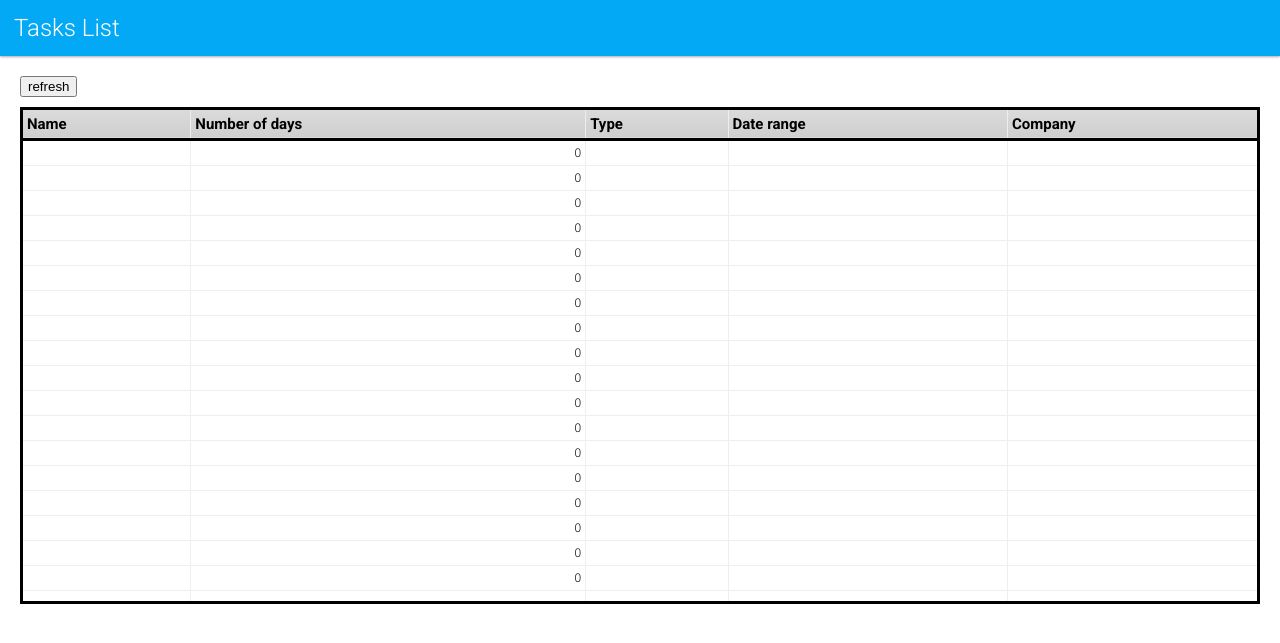
Repository: Megan74/Test-Vanilla-JS
Page: index.html
These files come from the project's save history. The page is drawn as it stood at one moment and after the next save; the edit follows.
The browser window is 1280 px wide. The pictures show the whole page.

Above is the page before, as saved 2022-06-26 21:11:43.

### index.html
<!DOCTYPE html>
<html>
<head>
    <meta charset="utf-8">
    <link href='http://fonts.googleapis.com/css?family=Roboto:400,300,700' rel='stylesheet' type='text/css'>
    <link href="css/styles.css" rel="stylesheet" type="text/css">
</head>
<body>
<header>
    <h1>Tasks List</h1>
</header>
<div class="content">
    <input type="button" value="refresh" id="refreshBtn">

    <div id="dataTable" class="Result">
    </div>
</div>
<script type="module" src="js/_components/tasks-table.component.js"></script>
<script type="module" src="js/service/data.service.js"></script>
<script type="module" src="js/main.js"></script>
</body>
</html>

### css/styles.css
body {
    font-family: 'Roboto', 'Sans Serif';
    font-size: 16px;
    padding: 0;
    margin: 0;
}

header {
    background-color: #03A9F4;
    padding: 14px;
    box-shadow: 0 1px 3px rgba(0,0,0,0.12), 0 1px 2px rgba(0,0,0,0.24);
}

h1, h2, h3 {
    font-weight: 300;
}

header > h1 {
    font-weight: 300;
    font-size: 24px;
    margin: 0;
    color: #FFFFFF;
}

h2 {
    font-size: 22px;
    margin: 20px 0 0 0;
}

h2 > .currency {
    color: #0288D1;
}

h3 {
    margin: 10px 0 28px 0;
}

h3 > span {
    color: #0288D1;
}

.principal {
    color: #0288D1;
}

.interest {
    color: #EF6C00;
}

input[type=text] {
    -webkit-appearance: none;
    width: 150px;
    height: 24px;
    padding: 3px 8px;
    font-size: 14px;
    line-height: 1.42857143;
    color: #555;
    border: 1px solid #ccc;
    border-radius: 2px;
    -webkit-box-shadow: none;
    box-shadow: none;
}

table {
    border-collapse: collapse;
    font-weight: 300;
    font-size: 12px;
}

th {
    text-align: right;
    font-weight: 400;
}

td {
    text-align: right;
    padding: 0 .5rem;
}

th,
td {
    border: solid 1px #EEEEEE !important;
    padding: 1px 4px;
}

label {
    display: inline-block;
    width: 80px;
    text-align: right;
    margin-right: 4px;
}

.content {
    padding: 20px;
}

.bar {
    display: inline-block;
    border: none;
    height: 8px;
}

.bar.principal {
    background-color: #0288D1;
    margin-right:1px;
}

.bar.interest {
    background-color: #EF6C00;
    margin-left:1px;
}

.stretch {
    width: 100%;
    padding-left:0;
    padding-right:0;
}

.flex {
    display: -webkit-flex;
    display: flex;
}

.currency::before {
    content:"$";
}

.left {
    text-align: left;
}

.form > div {
    margin: 6px 0;
}

button {
    text-transform: none;
    -webkit-appearance: none;
    cursor: pointer;
    padding: 12px 18px;
    border-radius: 2px;
    background: #FCFCFC;
    font-size: 16px;
    border: solid 1px #ddd;
    color: #444;
}

button:hover {
    background: #F4F4F4;
    border: solid 1px #ccc;
}

button:active {
    background: #FEFEFE;
    border: solid 1px #ddd;
}

button:focus {
    outline:0;
}

.Result {
    padding: 10px 0;
}
table.Tasks {
    border: 3px solid #000000;
    width: 100%;
    text-align: left;
    border-collapse: collapse;
}
table.Tasks td, table.Tasks th {
    border: 1px solid #000000;
    padding: 5px 4px;
}
table.Tasks tbody td {
    font-size: 13px;
}
table.Tasks thead {
    background: #CFCFCF;
    background: -moz-linear-gradient(top, #dbdbdb 0%, #d3d3d3 66%, #CFCFCF 100%);
    background: -webkit-linear-gradient(top, #dbdbdb 0%, #d3d3d3 66%, #CFCFCF 100%);
    background: linear-gradient(to bottom, #dbdbdb 0%, #d3d3d3 66%, #CFCFCF 100%);
    border-bottom: 3px solid #000000;
}
table.Tasks thead th {
    font-size: 15px;
    font-weight: bold;
    color: #000000;
    text-align: left;
}
table.Tasks tfoot {
    font-size: 14px;
    font-weight: bold;
    color: #000000;
    border-top: 3px solid #000000;
}
table.Tasks tfoot td {
    font-size: 14px;
}

table.Tasks > tr:hover td {
    cursor: pointer;
    background-color: #bfbfbf;
}

### js/_components/tasks-table.component.js
window.TasksTableComponent = (function (window) {
    'use strict'

    return function (tasks) {
        var self = this;

        self.tasks = toString(tasks);
        self.columns = [
            {
                label: 'Name',
                property: 'TxtCivilName',
                aggregateFn: (item) => {
                    return 1;
                },
                aggregateLabel: 'Number of tasks : ',
            },
            {
                label: 'Number of days',
                property: 'NumDaysRequested',
                defaultValue: '0',
                aggregateFn: (item) => {
                    return item['NumDaysRequested'];
                },
                aggregateLabel: 'Total (in days) : ',
            },
            {
                label: 'Type',
                property: 'TxtType'
            },
            {
                label: 'Date range',
                property: 'TxtDateRange',
            },
            {
                label: 'Company',
                property: 'TxtCompanyName',
            }
        ];

        return {
            render,
            setTasks,
        }

        /**
         * render data
         * @param element
         */
        function render(element) {
            console.log(getTableElement());
            element.innerHTML = '';
            element.append(getTableElement());
        }

        /**
         * Return the html
         * @returns {HTMLTableElement}
         */
        function getTableElement() {
            var tableEl = document.createElement('table');
            tableEl.setAttribute('class', 'Tasks');
            for (var i = 0; i < self.tasks.length; i++) {
                var task = self.tasks[i];
                if (i === 0) {
                    tableEl.append(getHeaderElement(task));
                }
                var line = getLineElement(task);
                tableEl.append(line);
                line.addEventListener('click', function(){
                   alert(task.TxtCivilName);
                });
            }
            tableEl.append(getFooterElement(self.aggregatedValues));
            return tableEl;
        }


        /**
         * Return the content of a line in HTML string
         *
         * @returns {HTMLTableSectionElement}
         */
        function getHeaderElement() {
            var columns = [];
            for (var i = 0; i < self.columns.length; i++) {
                var col = self.columns[i];
                columns.push(`<th>${col.label}</th>`);
            }

            var head = document.createElement('thead');
            head.innerHTML = `<tr>${columns.join('')}</tr>`
            return head;
        }

        /**
         * Return the content of a line in HTML string
         *
         * @param task
         * @returns {HTMLTableSectionElement}
         */
        function getLineElement(task) {
            var columns = [];

            for (var i = 0; i < self.columns.length; i++) {
                var col = self.columns[i];
                columns.push(`<td>${task[col.property] || col.defaultValue || ''}</td>`);
            }

            var tr = document.createElement('tr');
            tr.innerHTML = columns.join('');
            return tr;
        }

        /**
         * Return the content of a footer line in HTML string
         *
         * @param aggregatedLine
         * @returns {HTMLTableSectionElement}
         */
        function getFooterElement(aggregatedLine) {
            var aggregatedLine = {};
            var columns = [];
            for (var i = 0; i < self.columns.length; i++) {
                var col = self.columns[i];
                if(aggregatedLine.hasOwnProperty(col.property)){
                    columns.push(`<td>${col.aggregateLabel} ${aggregatedLine[col.property]}</td>`);
                } else {
                    columns.push(`<td></td>`);
                }
            }
            var tfoot = document.createElement('tr');
            tfoot.innerHTML =`<tfoot><tr>${columns.join('')}</tr></tfoot>`;
            return tfoot;
        }

        function setTasks(tasks) {
            this.tasks = tasks;
            this.aggregatedValues = getAggregatedValues(tasks);
        }

        /**
         * Return aggregated values from given tasks data
         *
         * @param tasks
         * @returns {{}}
         */
        function getAggregatedValues(tasks) {
            var aggregatedValues = {};
            for(var i = 0; i < tasks.length; i++) {
                var task = tasks[i];
                for(var j = 0; j < self.columns.length; j++) {
                    var col = self.columns[j];
                    if(col.hasOwnProperty('aggregateFn')){
                        if(!aggregatedValues.hasOwnProperty(col.property)){
                            aggregatedValues[col.property] = 0;
                        }
                        aggregatedValues[col.property] += col.aggregateFn(task);
                    }
                }
            }
            return aggregatedValues;
        }
    };

})(window)

### js/main.js
(function (window, document) {

    init();
    var tasksTable;
    var companiesList = [];

    function init() {
        tasksTable = new TasksTableComponent();

        document.getElementById('refreshBtn').addEventListener('click', function () {
            updateTable();
        });

        updateCompanies()
        updateTable();
    }

    function updateTable() {
        var isLoading = true;
        document.getElementById('dataTable').innerHTML = 'Loading...';

        return dataService.getTranslations().then(onTranslationsReady);

        function onTranslationsReady(translations) {
            if(!translations){
                translations = {types : {}};
            }
            getTasks(translations.types).then((tasks) => {
                tasksTable.setTasks(tasks);
                isLoading = false;
                tasksTable.render(document.getElementById('dataTable'));
            });
        }
    }

    function updateCompanies() {
        return dataService.getCompanies().then(function (companies) {
            companiesList = companies;
        });
    }

    function getTasks(typeTranslations) {
        return dataService.getTasks().then((tasks) => {
            var tasks = tasks.map(task => {
                return getTaskItemFromXml(task, typeTranslations)
            });
            return tasks;
        });

        function getTaskItemFromXml(task, typeTranslations) {
            task = convertXmlToJson(task);
            var taskItem = {};
            for (var i in task.Item) {
                taskItem[i] = task.Item[i]['#text'];
            }
            taskItem.NumDaysRequested = parseInt(taskItem.NumDaysRequested);
            taskItem.TxtCompanyName = getCompanyFromId(taskItem.NumCompanyId).name;
            taskItem.TxtType = typeTranslations[taskItem.TxtType] || taskItem.TxtType;
            return taskItem;
        }
    }

    /**
     * Return a company from its id
     *
     *
     * @param companyId
     * @returns {*[]}
     */
    function getCompanyFromId(companyId) {
        companyId = parseInt(companyId);
        var filtered = companiesList.filter(company => company.id === companyId);
        if (filtered.length) {
            return filtered[0];
        } else {
            return {
                name: 'Company doesn\'t exist'
            };
        }
    }


    /**
     * Convert XML to JSON
     * @param xml
     * @returns {null|any}
     */
    function convertXmlToJson(xml) {
        const tab = '';
        if (!xml) {
            return null;
        }

        if (typeof xml === 'string') {
            const parser = new DOMParser();
            xml = parser.parseFromString(xml, 'text/xml');
        }

        var X = {
            toObj: function (xml) {
                var o = {};
                if (xml.nodeType == 1) {   // element node ..
                    if (xml.attributes.length)   // element with attributes  ..
                        for (var i = 0; i < xml.attributes.length; i++)
                            o["@" + xml.attributes[i].nodeName] = (xml.attributes[i].nodeValue || "").toString();
                    if (xml.firstChild) { // element has child nodes ..
                        var textChild = 0, cdataChild = 0, hasElementChild = false;
                        for (var n = xml.firstChild; n; n = n.nextSibling) {
                            if (n.nodeType == 1) hasElementChild = true;
                            else if (n.nodeType == 3 && n.nodeValue.match(/[^ \f\n\r\t\v]/)) textChild++; // non-whitespace text
                            else if (n.nodeType == 4) cdataChild++; // cdata section node
                        }
                        if (hasElementChild) {
                            if (textChild < 2 && cdataChild < 2) { // structured element with evtl. a single text or/and cdata node ..
                                X.removeWhite(xml);
                                for (var n = xml.firstChild; n; n = n.nextSibling) {
                                    if (n.nodeType == 3)  // text node
                                        o["#text"] = X.escape(n.nodeValue);
                                    else if (n.nodeType == 4)  // cdata node
                                        o["#cdata"] = X.escape(n.nodeValue);
                                    else if (o[n.nodeName]) {  // multiple occurence of element ..
                                        if (o[n.nodeName] instanceof Array)
                                            o[n.nodeName][o[n.nodeName].length] = X.toObj(n);
                                        else
                                            o[n.nodeName] = [o[n.nodeName], X.toObj(n)];
                                    } else  // first occurence of element..
                                        o[n.nodeName] = X.toObj(n);
                                }
                            } else { // mixed content
                                if (!xml.attributes.length)
                                    o = X.escape(X.innerXml(xml));
                                else
                                    o["#text"] = X.escape(X.innerXml(xml));
                            }
                        } else if (textChild) { // pure text
                            if (!xml.attributes.length)
                                o = X.escape(X.innerXml(xml));
                            else
                                o["#text"] = X.escape(X.innerXml(xml));
                        } else if (cdataChild) { // cdata
                            if (cdataChild > 1)
                                o = X.escape(X.innerXml(xml));
                            else
                                for (var n = xml.firstChild; n; n = n.nextSibling)
                                    o["#cdata"] = X.escape(n.nodeValue);
                        }
                    }
                    if (!xml.attributes.length && !xml.firstChild) o = null;
                } else if (xml.nodeType == 9) { // document.node
                    o = X.toObj(xml.documentElement);
                } else
                    alert("unhandled node type: " + xml.nodeType);
                return o;
            },
            toJson: function (o, name, ind) {
                var json = name ? ("\"" + name + "\"") : "";
                if (o instanceof Array) {
                    for (var i = 0, n = o.length; i < n; i++)
                        o[i] = X.toJson(o[i], "", ind + "\t");
                    json += (name ? ":[" : "[") + (o.length > 1 ? ("\n" + ind + "\t" + o.join(",\n" + ind + "\t") + "\n" + ind) : o.join("")) + "]";
                } else if (o == null)
                    json += (name && ":") + "null";
                else if (typeof (o) == "object") {
                    var arr = [];
                    for (var m in o)
                        arr[arr.length] = X.toJson(o[m], m, ind + "\t");
                    json += (name ? ":{" : "{") + (arr.length > 1 ? ("\n" + ind + "\t" + arr.join(",\n" + ind + "\t") + "\n" + ind) : arr.join("")) + "}";
                } else if (typeof (o) == "string")
                    json += (name && ":") + "\"" + o.toString() + "\"";
                else
                    json += (name && ":") + o.toString();
                return json;
            },
            innerXml: function (node) {
                var s = ""
                if ("innerHTML" in node)
                    s = node.innerHTML;
                else {
                    var asXml = function (n) {
                        var s = "";
                        if (n.nodeType == 1) {
                            s += "<" + n.nodeName;
                            for (var i = 0; i < n.attributes.length; i++)
                                s += " " + n.attributes[i].nodeName + "=\"" + (n.attributes[i].nodeValue || "").toString() + "\"";
                            if (n.firstChild) {
                                s += ">";
                                for (var c = n.firstChild; c; c = c.nextSibling)
                                    s += asXml(c);
                                s += "</" + n.nodeName + ">";
                            } else
                                s += "/>";
                        } else if (n.nodeType == 3)
                            s += n.nodeValue;
                        else if (n.nodeType == 4)
                            s += "<![CDATA[" + n.nodeValue + "]]>";
                        return s;
                    };
                    for (var c = node.firstChild; c; c = c.nextSibling)
                        s += asXml(c);
                }
                return s;
            },
            escape: function (txt) {
                return txt.replace(/[\\]/g, "\\\\")
                    .replace(/[\"]/g, '\\"')
                    .replace(/[\n]/g, '\\n')
                    .replace(/[\r]/g, '\\r');
            },
            removeWhite: function (e) {
                e.normalize();
                for (var n = e.firstChild; n;) {
                    if (n.nodeType == 3) {  // text node
                        if (!n.nodeValue.match(/[^ \f\n\r\t\v]/)) { // pure whitespace text node
                            var nxt = n.nextSibling;
                            e.removeChild(n);
                            n = nxt;
                        } else
                            n = n.nextSibling;
                    } else if (n.nodeType == 1) {  // element node
                        X.removeWhite(n);
                        n = n.nextSibling;
                    } else                      // any other node
                        n = n.nextSibling;
                }
                return e;
            }
        };
        if (xml.nodeType == 9) // document node
            xml = xml.documentElement;

        var json = X.toJson(X.toObj(X.removeWhite(xml)), xml.nodeName, "\t");
        const string = "{\n" + tab + (tab ? json.replace(/\t/g, tab) : json.replace(/\t|\n/g, "")) + "\n}"
        return JSON.parse(string);
    }

})(window, document);

Loaded but not shown: js/service/data.service.js (library)

After the next save:
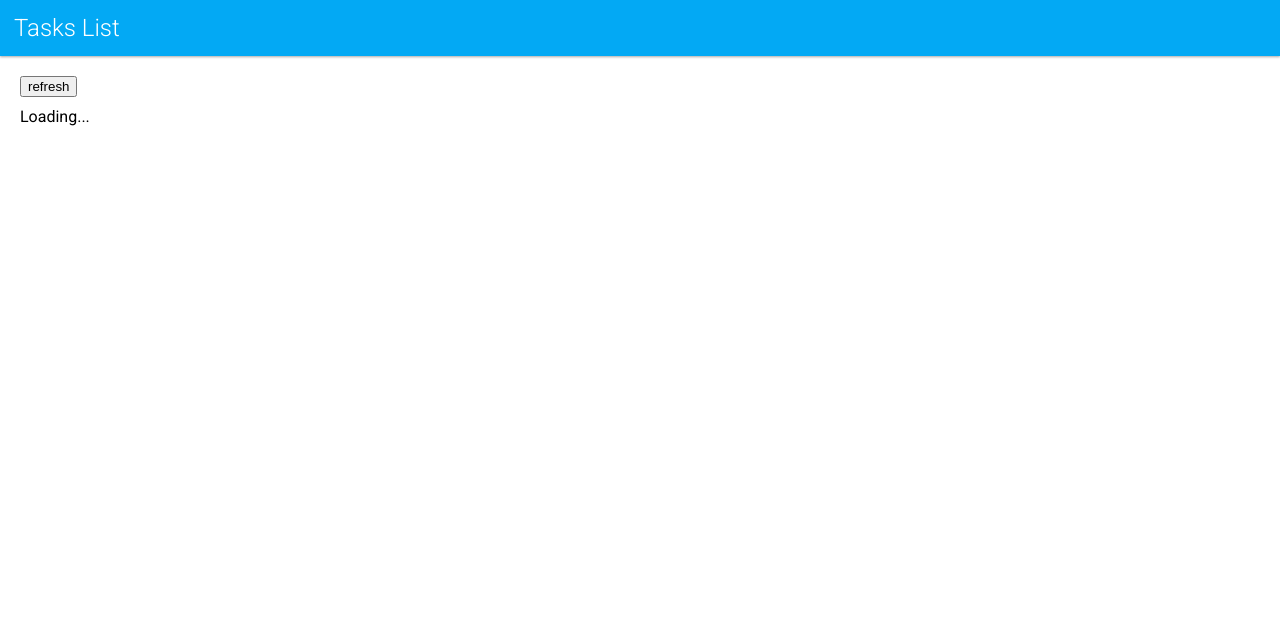
Console error: TypeError: aggregatedLine.hasOwn is not a function
Saved 9 min 24 s later.
--- a/js/_components/tasks-table.component.js
+++ b/js/_components/tasks-table.component.js
@@ -122,7 +122,7 @@
             var columns = [];
             for (var i = 0; i < self.columns.length; i++) {
                 var col = self.columns[i];
-                if(aggregatedLine.hasOwnProperty(col.property)){
+                if(aggregatedLine.hasOwn(self.columns, col.property)){
                     columns.push(`<td>${col.aggregateLabel} ${aggregatedLine[col.property]}</td>`);
                 } else {
                     columns.push(`<td></td>`);

After the save that followed:
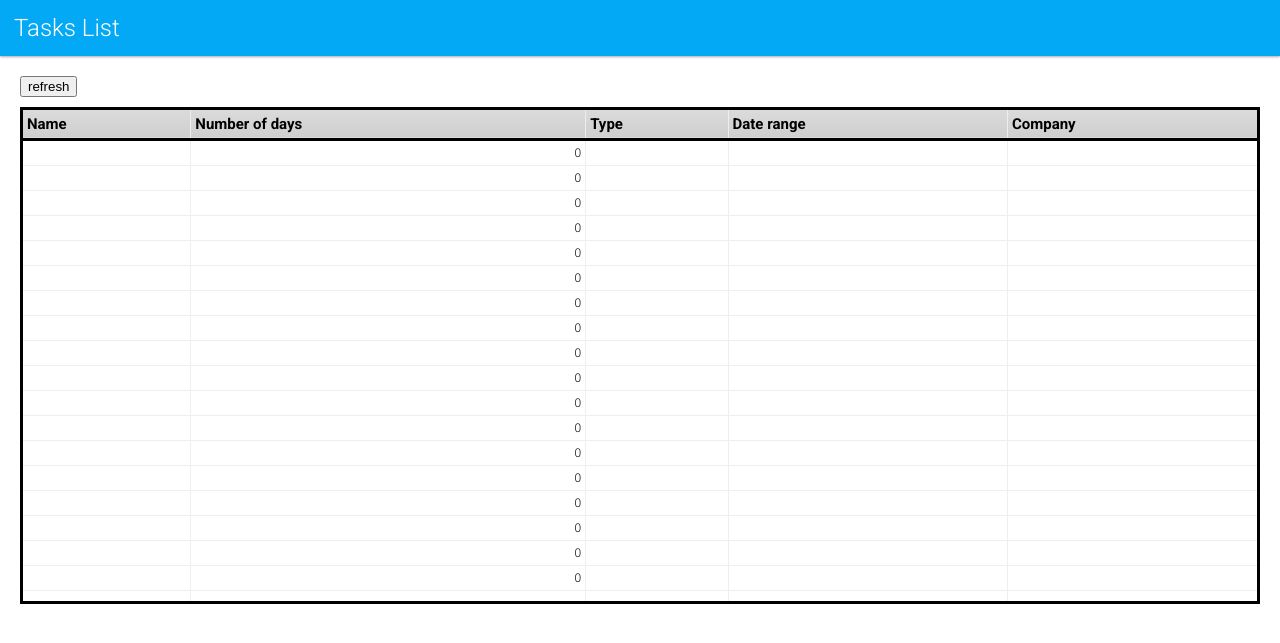
The error is gone.
Saved 42 s later.
--- a/js/_components/tasks-table.component.js
+++ b/js/_components/tasks-table.component.js
@@ -122,7 +122,7 @@
             var columns = [];
             for (var i = 0; i < self.columns.length; i++) {
                 var col = self.columns[i];
-                if(aggregatedLine.hasOwn(self.columns, col.property)){
+                if(aggregatedLine.hasOwnProperty(col.property)){
                     columns.push(`<td>${col.aggregateLabel} ${aggregatedLine[col.property]}</td>`);
                 } else {
                     columns.push(`<td></td>`);
